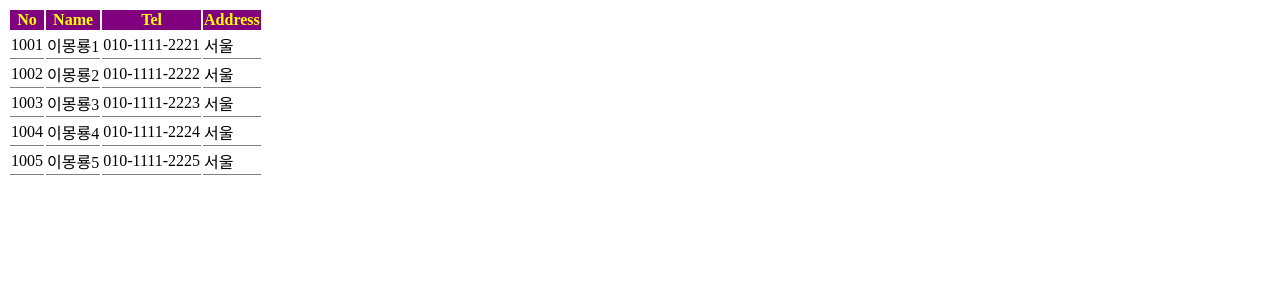
Repository: iyhong/spring_openAPI_lecture
Page: jquerytest/WebContent/jquery2.html
The author's editor kept a copy of each file at every save. The page is drawn from the files as they stood at one save, then again after the next save.
The browser window is 1280 px wide. The pictures show the whole page.

Above is the page before, as saved 2021-06-02 02:33:21.

### jquerytest/WebContent/jquery2.html
<!DOCTYPE html>
<html>
<head>
<meta charset="utf-8">
<title>Insert title here</title>
<script type="text/javascript" src="https://code.jquery.com/jquery.js"></script>
<script type="text/javascript">
$(function() {
	$("#test tr:first").css("background-color", "purple").css("color","yellow");
	$("#test tr:gt(0)>td").css("border-bottom", "solid 1px gray");
	$("#test tr:gt(0)").on('click', function(){
		alert(this.innerHTML)
	})
})
</script>
</head>
<body>
	<table id="test">
		<tr>
			<th>No</th><th>Name</th><th>Tel</th><th>Address</th>
		</tr>
		<tr>
			<td>1001</td><td>이몽룡1</td><td>010-1111-2221</td><td>서울</td>
		</tr>
		<tr>
			<td>1002</td><td>이몽룡2</td><td>010-1111-2222</td><td>서울</td>
		</tr>
		<tr>
			<td>1003</td><td>이몽룡3</td><td>010-1111-2223</td><td>서울</td>
		</tr>
		<tr>
			<td>1004</td><td>이몽룡4</td><td>010-1111-2224</td><td>서울</td>
		</tr>
		<tr>
			<td>1005</td><td>이몽룡5</td><td>010-1111-2225</td><td>서울</td>
		</tr>
	</table>
</body>
</html>

After the next save:
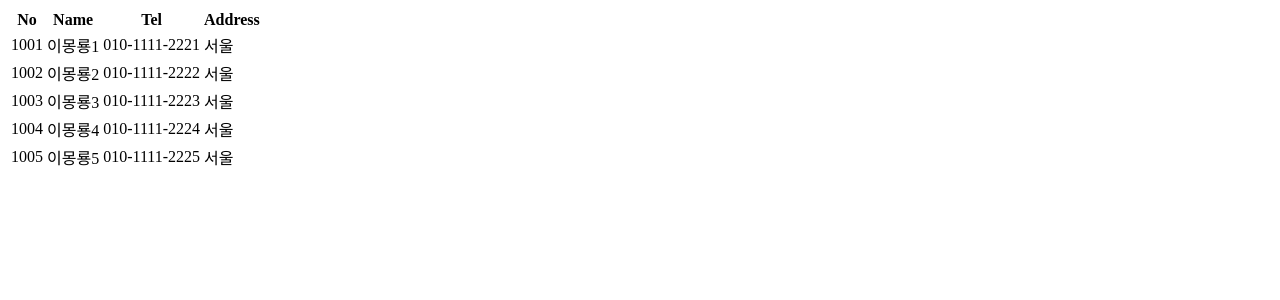
Console error: SyntaxError: missing ) after argument list
Saved 94 s later.
--- a/jquerytest/WebContent/jquery2.html
+++ b/jquerytest/WebContent/jquery2.html
@@ -9,7 +9,7 @@
 	$("#test tr:first").css("background-color", "purple").css("color","yellow");
 	$("#test tr:gt(0)>td").css("border-bottom", "solid 1px gray");
 	$("#test tr:gt(0)").on('click', function(){
-		alert(this.innerHTML)
+		alert($(this)find.("td:eq(1)").html())
 	})
 })
 </script>

After the save that followed:
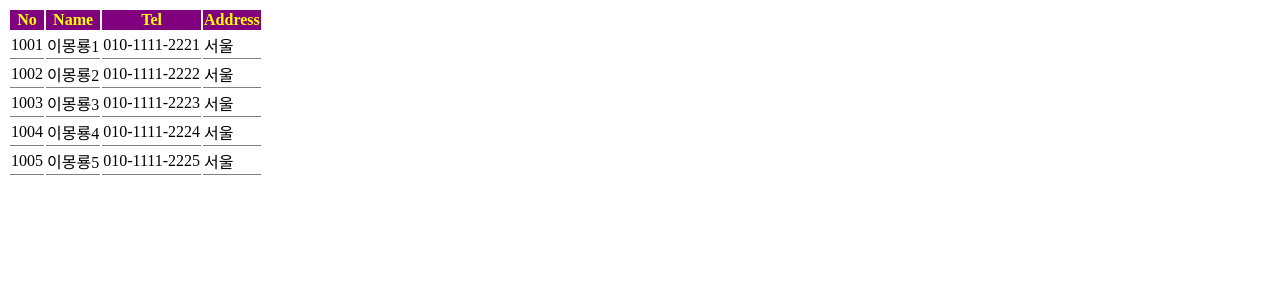
The error is gone.
Saved 12 s later.
--- a/jquerytest/WebContent/jquery2.html
+++ b/jquerytest/WebContent/jquery2.html
@@ -9,7 +9,7 @@
 	$("#test tr:first").css("background-color", "purple").css("color","yellow");
 	$("#test tr:gt(0)>td").css("border-bottom", "solid 1px gray");
 	$("#test tr:gt(0)").on('click', function(){
-		alert($(this)find.("td:eq(1)").html())
+		alert($(this).find("td:eq(1)").html())
 	})
 })
 </script>
